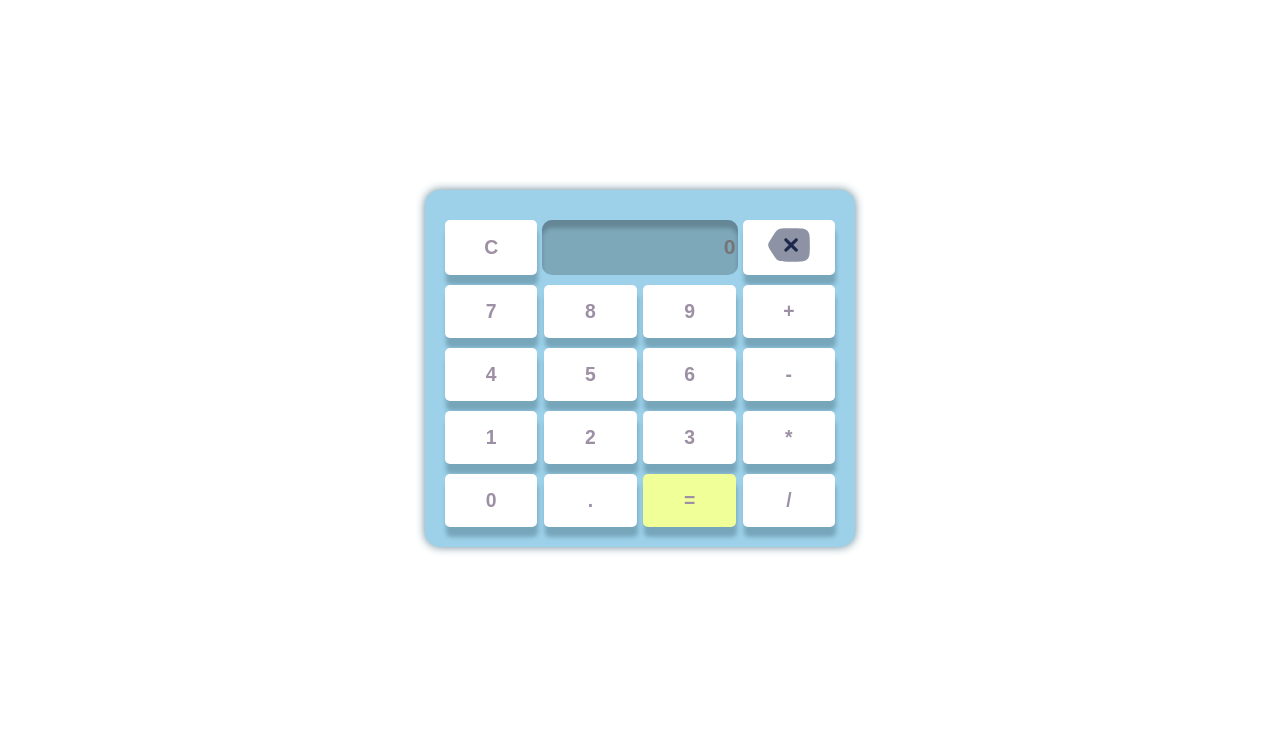
Repository: sem1103/calculator
Page: index.html
An editor plug-in stored every save of this project. The page is shown before and after the next save, followed by the edit.
The browser window is 1280 px wide. The pictures show the whole page.

Above is the page before, as saved 2023-11-02 15:17:23.

### index.html
<!DOCTYPE html>
<html lang="en">

<head>
    <meta charset="UTF-8">
    <meta name="viewport" content="width=device-width, initial-scale=1.0">
    <title>Calc</title>
    <style>
        * {
            box-sizing: border-box;
            font: bold 1.1rem arial;
        }

        .calc__container {
            display: flex;
            justify-content: center;
            height: 100vh;
            align-items: center;
        }

        .calc__wrapper {
            max-width: 900px;
            background-color: #9cd1e9;
            padding: 20px;
            border-radius: 15px;
            box-shadow: 0 0 10px #658695;
        }

        .calc__display {
            box-shadow: inset 0px 8px 4px 0px #658695;
            background-color: #7da8ba;
            width: 50%;
            border-radius: 10px;
            border: 0;
            outline: 0;
            text-align: right;
            font-size: 1.2rem;
            color: #fff;
        }

        .calc__main,
        .calc__header {
            display: flex;
            flex-direction: row;
            flex-wrap: wrap;
            justify-content: space-between;
            row-gap: 10px;
            column-gap: 5px;

        }

        .calc__header {
            margin: 10px 0;
        }

        .sum {
            background-color: #f1ff98;
        }

        button {
            padding: 15px 5px;
            text-align: center;
            background-color: #fff;
            box-shadow: 1px 10px 4px #77a6bb;
            flex-basis: calc(25% - 5px);
            border: 0;
            border-radius: 5px;
            cursor: pointer;
            color: #9d8fa4;
            transition: all .1s ease-in-out;
        }

        button:active {
            box-shadow: 1px 0 4px #77a6bb;
            transform: translate(0, 3px);
        }

        button:hover {
            background-color: #d1d1d1;
        }

        .active {
            box-shadow: 1px 0 4px #77a6bb;
            transform: translate(0, 3px);
            background-color: #d1d1d1;
        }

        .backspace {
            padding: 0;
        }

        .little__font {
            font-size: .7rem;
        }
    </style>
</head>

<body>
    <div class="calc__container">
        <div class="calc__wrapper">
            <div class="calc__header">
                <button onclick="clearDisplay()">C</button>
                <input id="display" class="calc__display" type="text" placeholder="0" oninput="setValueHandle(this)">

                </input>
                <button class="backspace" onclick="backspace()" data-key="Backspace">
                    <svg width="50px" viewBox="0 0 24 24" fill="none" xmlns="http://www.w3.org/2000/svg">
                        <path opacity="0.5"
                            d="M6.87114 19.4986C7.80085 20 8.91458 20 11.142 20H13.779C17.6544 20 19.5921 20 20.7961 18.8284C22 17.6569 22 15.7712 22 12C22 8.22876 22 6.34315 20.7961 5.17157C19.5921 4 17.6544 4 13.779 4H11.142C8.91458 4 7.80085 4 6.87114 4.50143C5.94144 5.00286 5.35117 5.92191 4.17061 7.76001L3.48981 8.82001C2.4966 10.3664 2 11.1396 2 12C2 12.8604 2.4966 13.6336 3.48981 15.18L4.17061 16.24C5.35117 18.0781 5.94144 18.9971 6.87114 19.4986Z"
                            fill="#1C274C" />
                        <path
                            d="M11.0303 8.96967C10.7374 8.67678 10.2626 8.67678 9.96967 8.96967C9.67678 9.26256 9.67678 9.73744 9.96967 10.0303L11.9394 12L9.96969 13.9697C9.6768 14.2626 9.6768 14.7374 9.96969 15.0303C10.2626 15.3232 10.7375 15.3232 11.0304 15.0303L13 13.0607L14.9696 15.0303C15.2625 15.3232 15.7374 15.3232 16.0303 15.0303C16.3232 14.7374 16.3232 14.2625 16.0303 13.9697L14.0607 12L16.0303 10.0304C16.3232 9.73746 16.3232 9.26258 16.0303 8.96969C15.7374 8.6768 15.2626 8.6768 14.9697 8.96969L13 10.9394L11.0303 8.96967Z"
                            fill="#1C274C" />
                    </svg>
                </button>
            </div>
            <div class="calc__main">
                <button onkeydown="test(this)" onclick="setValueHandle(this)">7</button>
                <button onclick="setValueHandle(this)">8</button>
                <button onclick="setValueHandle(this)">9</button>
                <button onclick="setValueHandle(this)">+</button>
                <button onclick="setValueHandle(this)">4</button>
                <button onclick="setValueHandle(this)">5</button>
                <button onclick="setValueHandle(this)">6</button>
                <button onclick="setValueHandle(this)">-</button>
                <button onclick="setValueHandle(this)">1</button>
                <button onclick="setValueHandle(this)">2</button>
                <button onclick="setValueHandle(this)">3</button>
                <button onclick="setValueHandle(this)">*</button>
                <button onclick="setValueHandle(this)">0</button>
                <button onclick="setValueHandle(this)">.</button>
                <button onclick="calcSumm()" class="sum" data-key="Enter">=</button>
                <button onclick="setValueHandle(this)">/</button>
            </div>
        </div>
    </div>


    <script>
        let calcDisplay = document.getElementById('display');
        let buttons = document.querySelectorAll('button');

        function setValueHandle(e) {
            calcDisplay.classList.remove('little__font');
            if (/[a-zA-Zа-яА-ЯёЁ]/.test(calcDisplay.value)) {
                console.log(1);
                calcDisplay.value = e.value;
                return;
            } else if (/\b0+\d+/.test(calcDisplay.value) || /^[+\*/]/.test(calcDisplay.value)) {
                calcDisplay.value = 'Ошибка!';
                return;
            }
            calcDisplay.value += e.innerHTML;
        }

        function clearDisplay() {
            calcDisplay.classList.remove('little__font');
            calcDisplay.value = '';
        }

        function calcSumm() {
            let value = calcDisplay.value;


            value = value.replace(/\s/g, '');
            let operators = value.split('').filter(item => {
                if (item == '+' || item == '-' || item == '*' || item == '/') return item;
            })
            let numbers = value.split(/[+\-*/]/);
            let result = +numbers[0];

            // console.log(operators);
            // console.log(numbers);
            if (numbers[numbers.length - 1] == '') {
                calcDisplay.classList.add('little__font');
                calcDisplay.value = 'Ошибка!';
                return;
            } else if (/[\+\-\*\/]{2,}/.test(calcDisplay.value)) {
                calcDisplay.classList.add('little__font');
                calcDisplay.value = 'Два математических операций!';
                return;
            }



            operators.forEach((item, index) => {
                if (item == '+') {
                    result += +numbers[index + 1]
                } else if (item == '-') {
                    result -= numbers[index + 1]
                } else if (item == '/') {
                    if (+numbers[index + 1] === 0) {
                        calcDisplay.classList.add('little__font');
                        calcDisplay.value = 'На ноль делить нельзя!!';
                        throw new Error('infiniti');
                    } else result /= numbers[index + 1];

                } else result *= numbers[index + 1]
            });
            calcDisplay.value = result;

        }

        function backspace() {
            calcDisplay.value = calcDisplay.value.slice(0, -1)
        }


        document.body.addEventListener('keydown', (e) => {
            console.log(e);
            if (e.key >= 0 && e.key <= 9 || ['+', '-', '*', '/', '.'].includes(e.key) || e.key == 'Enter' || e.key == 'Backspace') {
                for(let i = 0; i < buttons.length; i++){

                }

                buttons.forEach(item => {
                    console.log(item.dataset.key);
                    console.log(e.key);
                    if(item.dataset.key == e.key & e.key == 'Enter'){
                        calcSumm();
                        showClickButton(item);
                    }
                    else if(item.dataset.key == e.key & e.key == 'Backspace'){
                        console.log(1);
                        backspace();
                        showClickButton(item);
                    }
                    else if (item.innerHTML == e.key) {
                        setValueHandle(item);
                        showClickButton(item);
                    }

                })
            }
        });

        function showClickButton(item) {
            item.classList.add('active');
            item.addEventListener('transitionend', () => {
                item.classList.remove('active')
            })
        }
    </script>
</body>

</html>

After the next save:
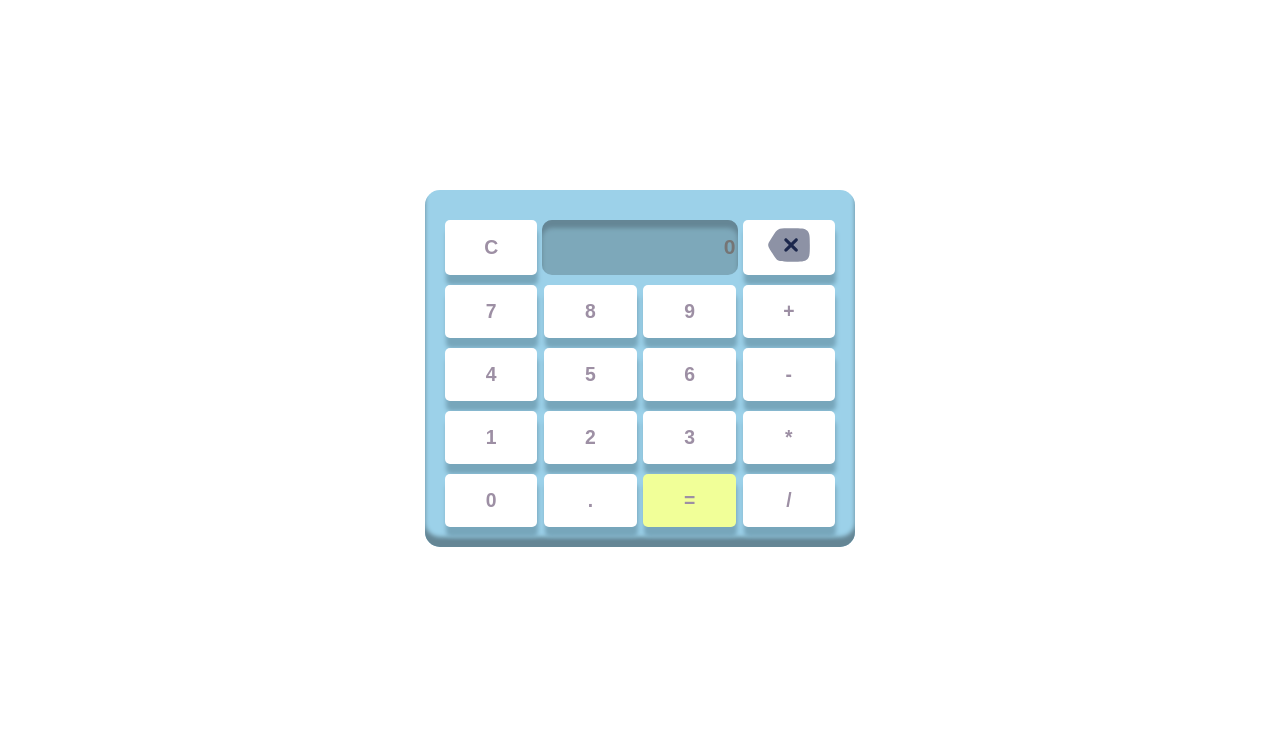
Saved 59 s later.
--- a/index.html
+++ b/index.html
@@ -23,7 +23,7 @@
             background-color: #9cd1e9;
             padding: 20px;
             border-radius: 15px;
-            box-shadow: 0 0 10px #658695;
+            box-shadow: inset 0px -10px 4px #658695;
         }
 
         .calc__display {
